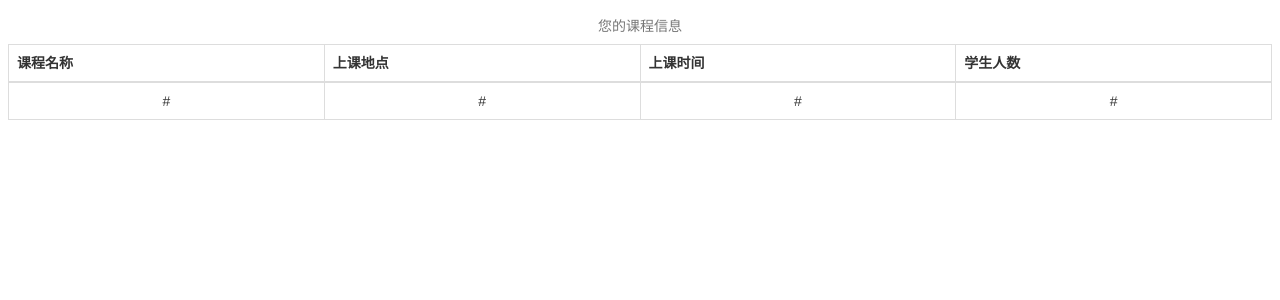
Repository: xu459898103/DBExperiment2017
Page: http://localhost/EA_System/iframe/teacher/jskcxx.jsp
These files come from the project's save history. The page is drawn as it stood at one moment and after the next save; the edit follows.
The browser window is 1280 px wide. The pictures show the whole page.
The page is served by Tomcat 9.

Above is the page before, as saved 2017-12-16 11:47:02.

After the next save:
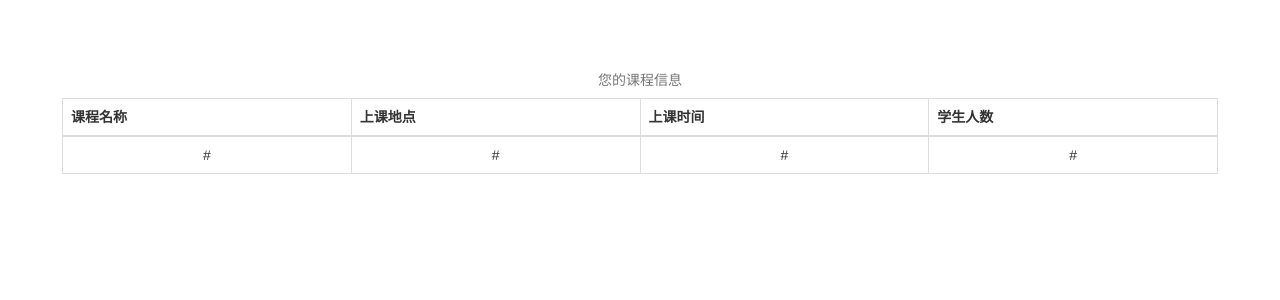
Saved 10 s later.
--- a/EA System/WebContent/iframe/teacher/jskcxx.jsp
+++ b/EA System/WebContent/iframe/teacher/jskcxx.jsp
@@ -11,7 +11,7 @@
 <script src="libs/bootstrap-3.3.7-dist/js/bootstrap.js"></script>
 <style type="text/css">
 #biaoge {
-	margin:6px;
+	margin:60px;
 	padding:2px;
 	text-align:center;
 }
